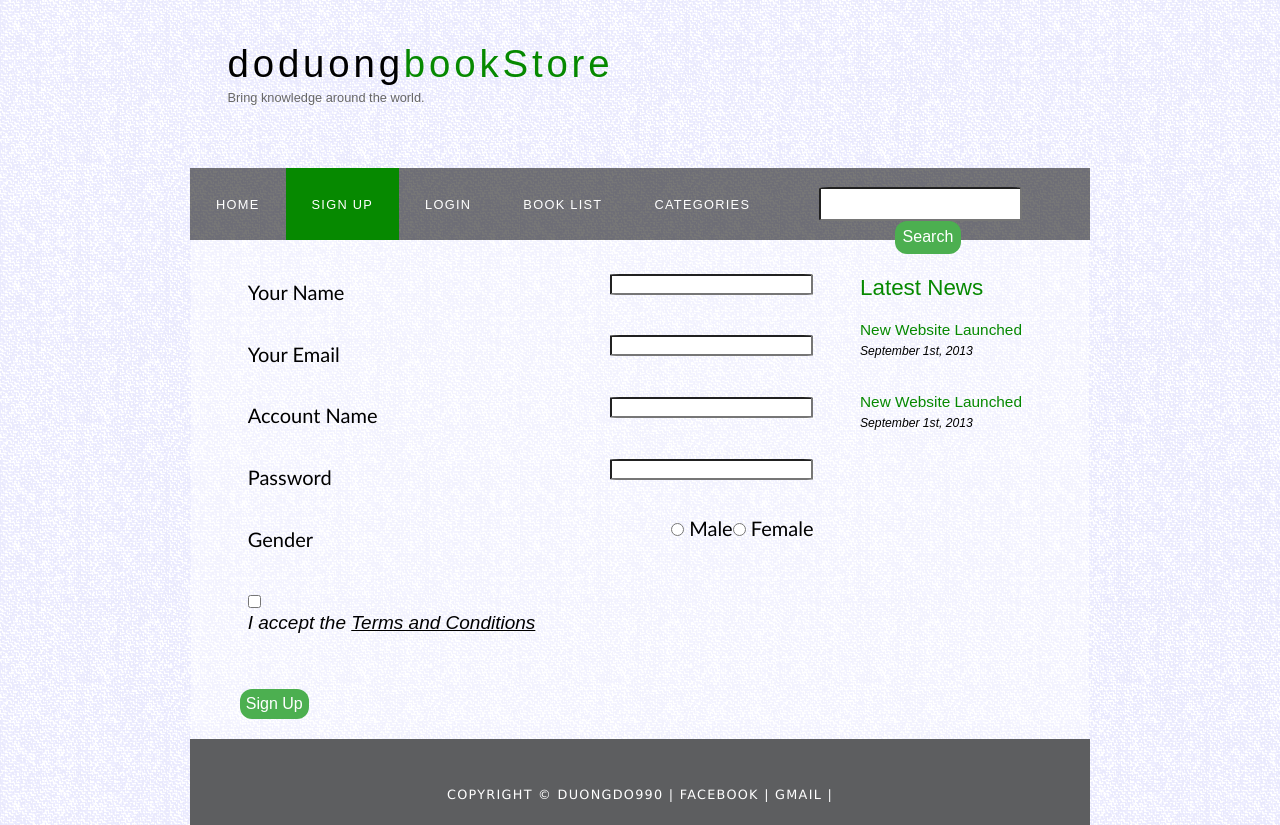
Repository: ngttuyen/JavaWeb
Page: http://localhost/MyWebsite/signup.jsp
The author's editor kept a copy of each file at every save. The page is drawn from the files as they stood at one save, then again after the next save.
The browser window is 1280 px wide. The pictures show the whole page.
The page is served by Tomcat 9.

Above is the page before, as saved 2019-06-01 12:59:16.

After the next save:
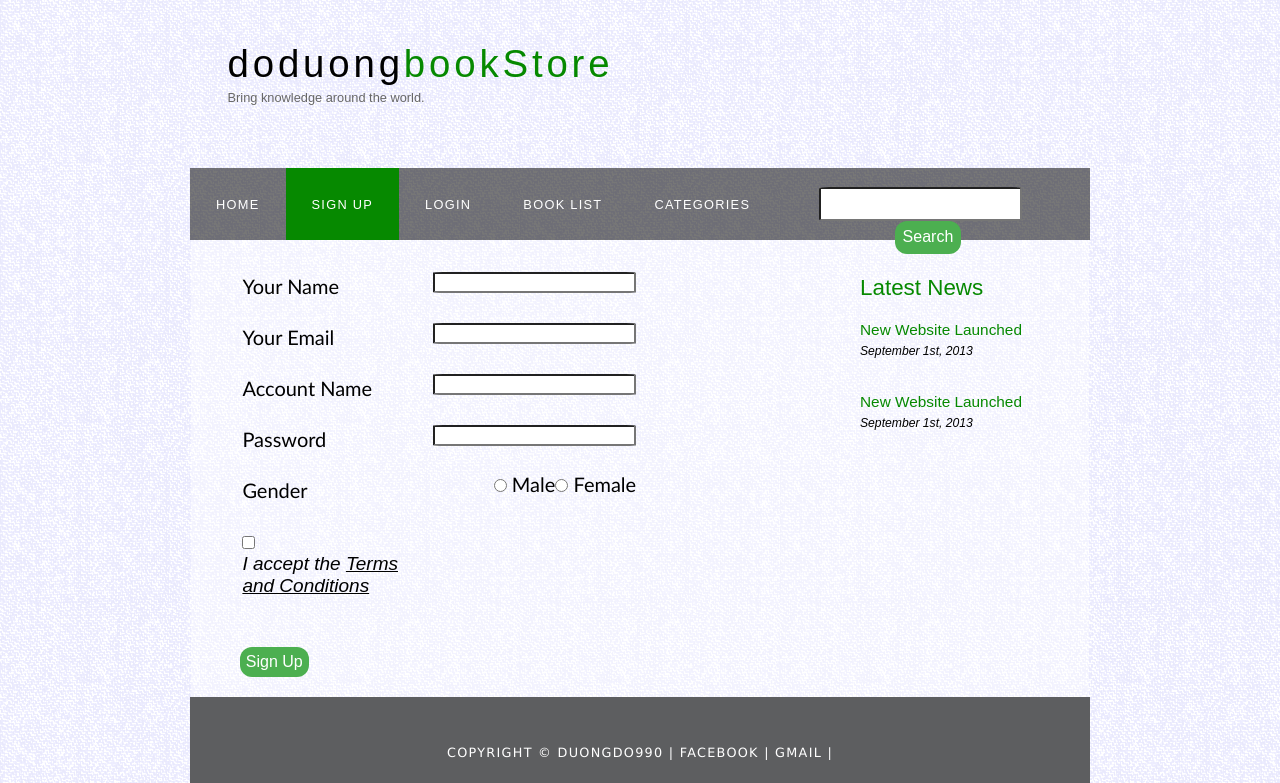
Saved 6 s later.
--- a/MyWebsite/WebContent/styles/style.css
+++ b/MyWebsite/WebContent/styles/style.css
@@ -257,7 +257,7 @@ ul#menu li a:hover, ul#menu li.selected a, ul#menu li.selected a:hover
 	font-weigh: bold;
 }
 table{
-	width: 100%;
+	width: 70%;
 	height: 100%;
 	font-size: 20px;
 	color: black;
